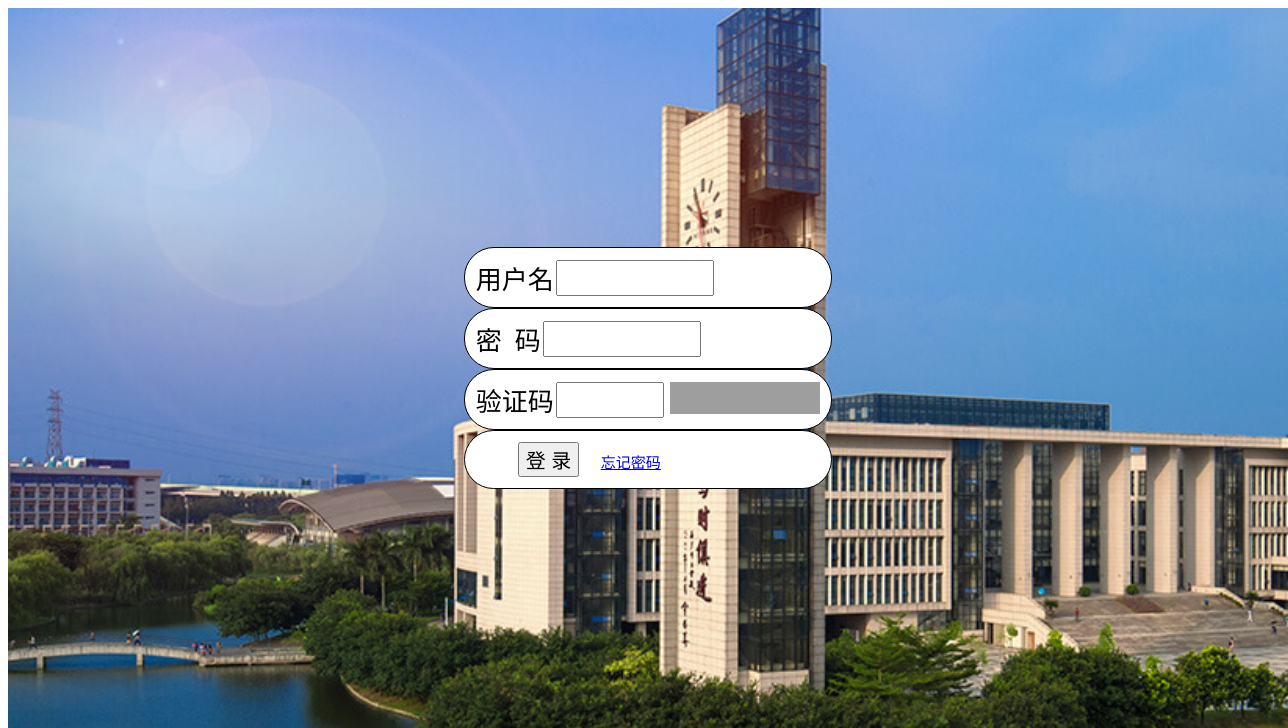
Repository: IAmJiangWenHao/ReportServer
Page: demo.html
These files come from the project's save history. The page is drawn as it stood at one moment and after the next save; the edit follows.
The browser window is 1280 px wide. The page is 1288 px wide, so the pictures cover 1288 px, including what lies to the right of the window. The pictures show the whole page.
Pictures or frames that could not be fetched are drawn as grey boxes.

Above is the page before, as saved 2023-05-16 12:07:11.

### demo.html
<!DOCTYPE html>
<html>
  <head>
    <meta http-equiv="Content-Type" content="text/html; charset=UTF-8">
    <title>登录</title>
  </head>
  <body>
    <style>
dfv{
  height: 100%;
  width: 100%;
  position: absolute;
  background-image: url('./web/img/gzdx-bg.jpg');
  background-size: cover;
  background-position: center;

}
form{
  height: 100%;
}
table{
  height: 100%;
  display: flex;
  justify-content: center;
  align-items: center;
}
table tbody tr{
      border: 1px solid  black;
      display: flex;
      border-radius: 30px;
      width: auto;
      height: auto;
      padding: 10px;
      font-size: 26px;
      background-color: #fff;
      position: relative;
    }
    </style>

    <script type="text/javascript"> //这里是JavaScript
      window.onload = function () {
        document.getElementById("img").onclick = function () {
          /*document.getElementById()通过元素的id来获取元素，
           .getElementById("img")先获取"img" 元素；
           然后.onclick()，点击触发一个事件，这个事件发生会执行funciton()函数。
           目的:点击id为img的页面元素时会触发funciton函数。生成验证码*/
          this.src = "CheckcodeServlet?time" + new Date().getTime();
          //new Date().getTime()增加时间戳来更换验证码图片
        };
      };

    </script>
    <script type="text/javascript">
    //检查输入是否为空
      function Check() {
        const username = document.form1.username.value;
        const password = document.form1.password.value;
        const checkcode = document.form1.checkcode.value;

        if (!username) {
          alert("用户名不能为空！");
          document.form1.username.focus();
          return false;
        }

        if (!password) {
          alert("密码不能为空！");
          document.form1.password.focus();
          return false;
        }

        if (!checkcode) {
          alert("验证码不能为空！");
          document.form1.checkcode.focus();
          return false;
        }

        return true;
      }
    </script>

  <dfv>
 <form action="LoginServlet" method="post" name="form1" onSubmit="return Check()">
        <!-- form属性action="LoginServlet"中，LoginServlet待后续实现，用于处理请求-->
        <table>

          <tr>
            <td>用户名</td>
            <td><input style="width:150px;height:30px;" type="text" name="username" size="20"></td>
          </tr>
          <tr>
            <td>密&nbsp;&nbsp;码</td>
            <td><input style="width: 150px;height:30px;" type="password" name="password" size="20"></td>
          </tr>
          <tr>
            <td>验证码</td>
            <td><input style="width: 100px;height:30px;" type="text" name="checkcode" size="15">
              <img style="width:150px;height:32px;" id="img" src="CheckcodeServlet"  alt="[验证码待续]" align="center">
              <!-- id为img的页面元素,显示验证码图像；src="CheckcodeServlet"中，CheckcodeServlet待后续实现-->
            </td>
          </tr>
          <tr><td></td>
            <td><input style="margin-left:40px;font-size:20px;" type="submit" value="登&nbsp;录">
              <font style="font-size:15px">&nbsp;&nbsp;&nbsp;&nbsp;<a href="forgetPassword.jsp">忘记密码 </a> </font></td>
          </tr>
        </table>
      </form>
    </div>
  </body>
</html>

After the next save:
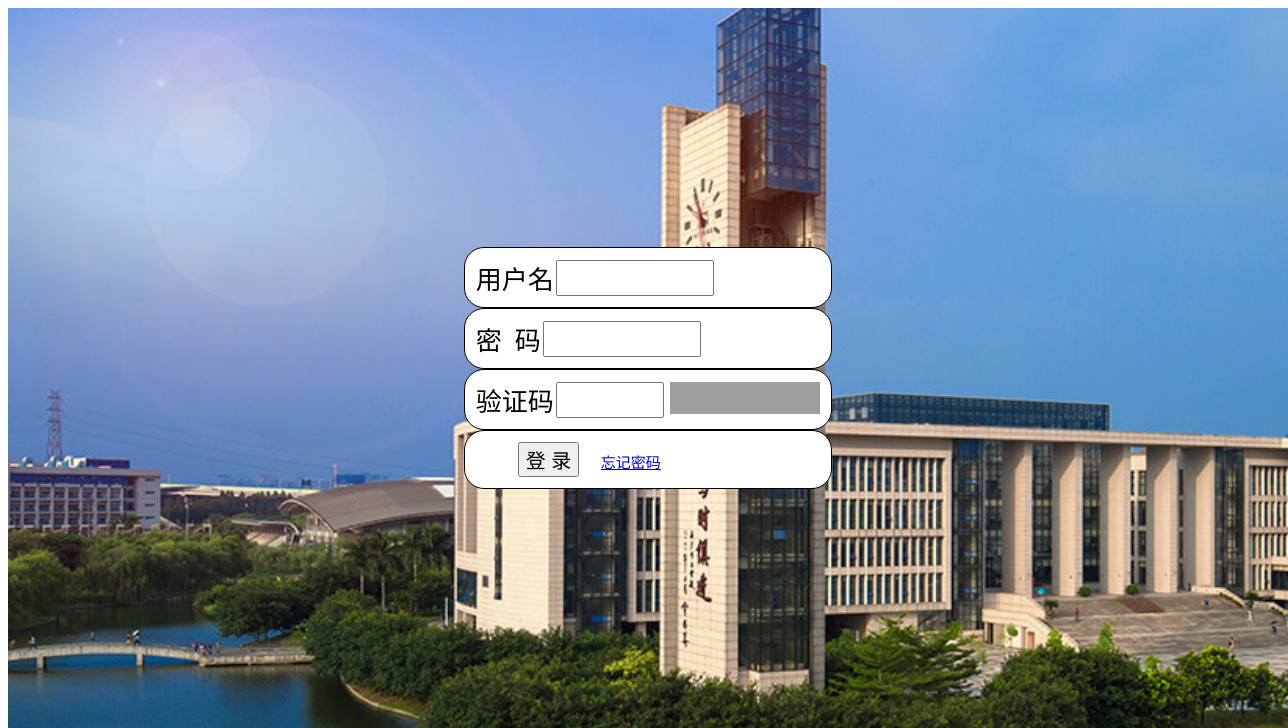
Saved 40 s later.
--- a/demo.html
+++ b/demo.html
@@ -27,7 +27,7 @@ table{
 table tbody tr{
       border: 1px solid  black;
       display: flex;
-      border-radius: 30px;
+      border-radius: 20px;
       width: auto;
       height: auto;
       padding: 10px;
